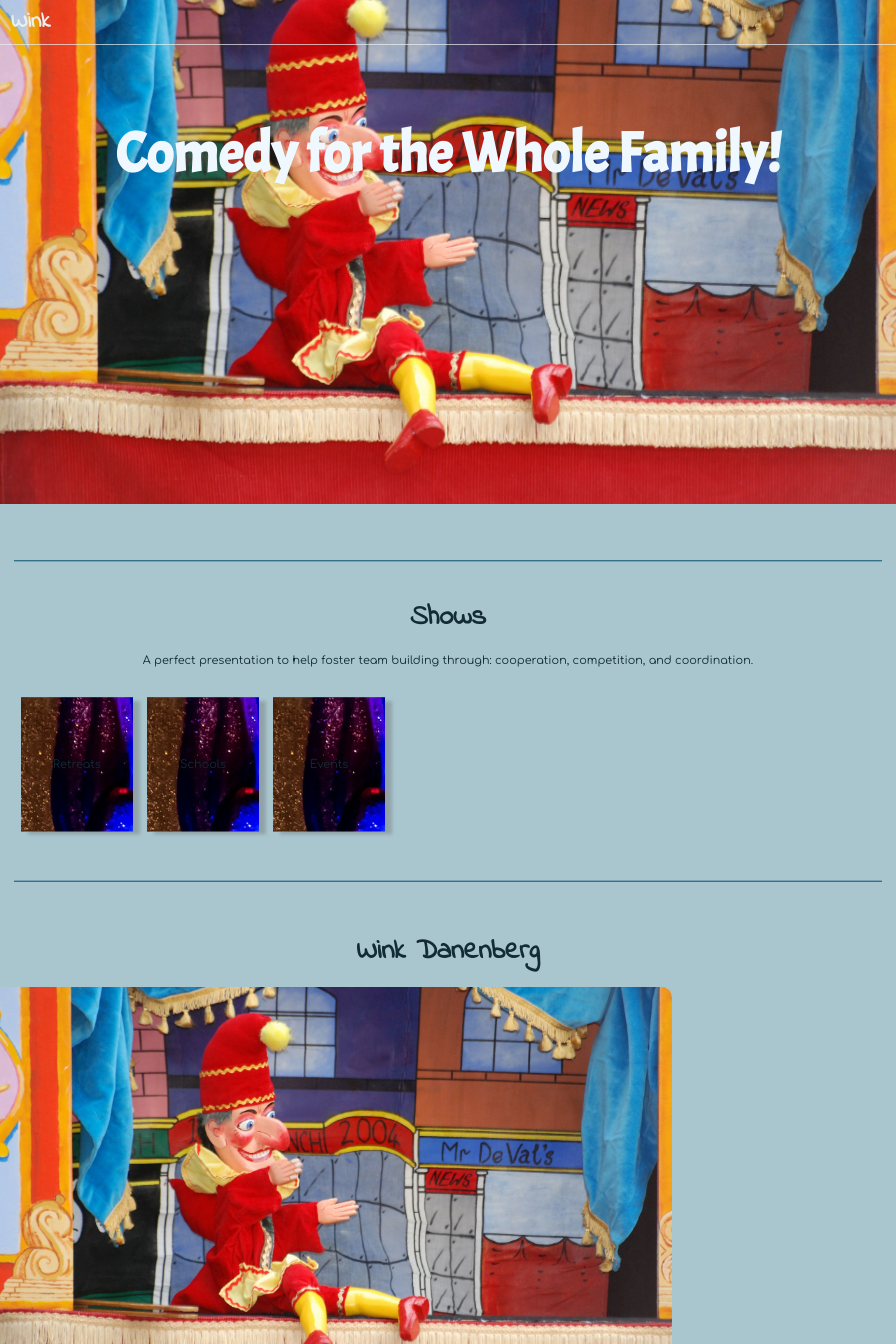
Repository: Sbethm/wink
Page: index.html
The author's editor kept a copy of each file at every save. The page is drawn from the files as they stood at one save, then again after a run of saves.
The browser window is 1280 px wide. The pictures show the part of the page from y = 0 to 1920 px (the page is 5473 px tall), at 70% of full size.
The style sheet was rebuilt from its Sass, Less or Tailwind sources for each picture, by a compiler version that may differ from the author's.

Above is the page before, as saved 2021-09-08 14:46:01.

### index.html
<!DOCTYPE html>
<html lang="en">
<head>
    <meta charset="UTF-8">
    <meta http-equiv="X-UA-Compatible" content="IE=edge">
    <meta name="viewport" content="width=device-width, initial-scale=1.0">
    <link rel="preconnect" href="https://fonts.googleapis.com">
    <link rel="preconnect" href="https://fonts.gstatic.com" crossorigin>
    <link href="https://fonts.googleapis.com/css2?family=Acme&family=Comfortaa:wght@400;500;600;700&family=Indie+Flower&display=swap" rel="stylesheet">
    <!--
        font-family: 'Acme', sans-serif;
        font-family: 'Comfortaa', cursive;
        font-family: 'Indie Flower', cursive;
    -->

    <link rel="stylesheet" href="./CSS/main.css">
    <title>Wink Danenberg: The Greatest Showman</title>
</head>
<body>
    <header id="headerBg">
        <h1 id="logo">Wink</h1>
        <div class="menu--btn">
            <ul class="menu">
                <li class="menu--item">Shows</li>
                <li class="menu--item">Wink</li>
                <li class="menu--item">Calender</li>
                <li class="menu--item">Contact</li>
            </ul>
        </div>
    </header>
    <main>
        <section class="main--slideshow">
            <!--images are set on automatic slide-->
                <img src="./img/img1.jpg" alt="" id="slide--img">
                <img src="./img/img2.jpg" alt="" id="slide--img">
                <img src="./img/img3.jpg" alt="" id="slide--img">
            <div class="slideshow--quote">Comedy for the Whole Family!</div>
            <div class="call-to-action">Let Wink Danenberg be a part of your school’s next athletic RETREAT!</div>
        </section>
        <!--SHOWS-
            Description of Wink's shows. What does he do? Who are the shows geared towards? etc.-->
        <section class="show">
            <div class="container container--show">
                <a href="./shows.html"><h2 class="heading--center">Shows</h2></a>
                <p class="info--short center">A perfect presentation to help foster team building through: cooperation, competition, and coordination.</p>
                <div class="show--slideshow">
                    <!--each div is set on a swipe slide-->
                    <a href=""><div class="show--retreats show--slide">
                        <p class="show--type">Retreats</p>
                    </div></a>
                    <a href=""><div class="show--schools show--slide">
                        <p class="show--type">Schools</p>
                    </div></a>
                    <a href=""><div class="show--events show--slide">
                        <p class="show--type">Events</p>
                    </div></a>
                </div>
            </div>
        </section>
         <!--WINK-
            Who is Wink? A little about Wink and his past experience as a showman -->
        <section class="wink">
            <div class="container container--wink">
                <h2 class="heading--center">Wink Danenberg</h2>
                <div class="img--container">
                    <img src="./img/img2.jpg" alt="" class="img--set--left js--scroll">
                </div>
                <p class="text--full--center">
                    …about Wink Danenberg
                    Standing at 6 foot 4… 240 pounds- Wink Danenberg is responsible for the laughter of audiences  across the country. His comedy juggling, unicycling, and audience participation have kept people  entertained and enthralled at countless events, including festivals, comedy clubs, schools, cruise
                    ships, and libraries. His high energy and raw antics are a perfect blend to captivate and amaze  both the audience and himself. Wink Danenberg, a true original, is the only juggler who: offers a  full money back guarantee, can drive a standard with one hand, and has never taken a selfie.
                </p>
            </div>
        </section>
         <!--REFERENCES-
            A section with a link to references for Wink's shows-->
        <section class="references cover">
            <!--CHANGE BTN TO DIV & CHECK CSS-->
            <div class="link--click ">References</div>
        </section>
         <!-- HIGHLIGHTS-
            A section that shows some of the highlights of his experience-->
        <section class="highlights">
            <div class="container container--highlights">
                <h2 class="heading--center">Highlights</h2>
                <div class="highlights--block">
                    <img src="./img/img2.jpg" alt="" class="img--set--right js--scroll">
                <p class="text--small--center">As Seen at Letter Man!</p>
                </div>
                <div class="highlights--block">
                    <img src="./img/img2.jpg" alt="" class="img--set--left js--scroll">
                    <p class="text--small--center">As Seen at Letter Man!</p>
                </div>
                <div class="highlights--block">
                        <img src="./img/img2.jpg" alt="" class="img--set--right js--scroll">
                    <p class="text--small--center">As Seen at Letter Man!</p>
                </div>
            </div>
        </section>
         <!--CONTACT-
            email and (maybe) phone information about how to contact Wink-->
        <section class="contact cover">
            <!--CHANGE BTN TO DIV & CHECK CSS-->
            <div class="link--click ">Contact</div>
        </section>
    </main>
    <footer></footer>
    <script src="./JS/main.js"></script>
</body>
</html>

### JS/main.js
/*
 TABLE OF CONTENTS
    1.
    2.
    3.
    4.
    5.
*/


//1. HEADER CAROUSEL
    //Header variables
    const slides = document.querySelectorAll('#slide--img');
    const headerBg = document.getElementById('headerBg');
    const logo = document.getElementById('logo');

    //Changing header on scroll
    window.onscroll = function() {
        if (window.scrollY > 130) {
            headerBg.style.background = 'rgb(234, 240, 241)';
            headerBg.style.borderBottom = 'solid 1px rgb(19, 43, 53)';
            logo.style.color = 'rgb(19, 43, 53)';
        } else {
            headerBg.style.background = 'none';
            headerBg.style.borderBottom = 'solid 1px rgb(234, 240, 241)';
            logo.style.color = 'rgb(234, 240, 241)';
        }
    }

    //Index main slideshow
    setInterval(nextImg, 4000);

    let currentImg = 0;
    slides[currentImg].style.opacity = 1;

    function nextImg() {
        slides[currentImg].style.opacity = 0;
        currentImg = (currentImg + 1) % slides.length;
        slides[currentImg].style.opacity = 1;
    }

//2. SCROLL ANIMATIONS
    //Scroll variables
    const scrollElements = document.querySelectorAll(".js--scroll");
    const fromLeftElements = document.querySelectorAll(".img--set--left");
    const fromRightElements = document.querySelectorAll(".img--set--right");

    //When element is on screen or off scree
    const elementInView = (el) => {
    const elementTop = el.getBoundingClientRect().top;

    return (
        elementTop <=
        (window.innerHeight || document.documentElement.clientHeight));
    };

    const elementOutofView = (el) => {
    const elementTop = el.getBoundingClientRect().top;

    return (
        elementTop > (window.innerHeight || document.documentElement.clientHeight)
    );
    };

    //Fade-In & Fade-out functions
    const displayScrollElement = (element) => {
    element.classList.add("scrolled");
    };
    const hideScrollElement = (element) => {
    element.classList.remove("scrolled");
    };

    //Shift left functions
    const shiftOnScreenLeft = (el) => {
        el.classList.add('shifted--from--left');
    }
    const shiftOffScreenLeft = (el) => {
        el.classList.remove('shifted--from--left');
    }

    //Shift right functions into view
    const shiftOnScreenRight = (el) => {
        el.classList.add('shifted--from--right');
    }
    const shiftOffScreenRight = (el) => {
        el.classList.remove('shifted--from--right');
    }


const handleOpacityAnimation = () => {
  scrollElements.forEach((el) => {
    if (elementInView(el)) {
        displayScrollElement(el);
    } else if (elementOutofView(el)) {
        hideScrollElement(el)
    }
  })
}

const handleShiftAnimationLeft = () => {
    fromLeftElements.forEach((el) => {
    if (elementInView(el)) {
        shiftOnScreenLeft(el)
    } else if (elementOutofView(el)) {
        shiftOffScreenLeft(el)
    }
  })
}

const handleShiftAnimationRight = () => {
    fromRightElements.forEach((el) => {
    if (elementInView(el)) {
        shiftOnScreenRight(el)
    } else if (elementOutofView(el)) {
        shiftOffScreenRight(el)
    }
  })
}

window.addEventListener("scroll", () => {
    handleOpacityAnimation();
    handleShiftAnimationLeft();
    handleShiftAnimationRight();
})

// const fadeEl = document.querySelectorAll('.js--scroll');

// fadeEl.forEach((el) => {
//     el.style.opacity = '0';
// });

// const elInView = (el) => {
//     const elementTop = el.getBoundingClientRect().top;
//     return (elementTop <= window.innerHeight || document.documentElement.clientHeight);
// }

// const displayElement = (el) => {
//     el.classList.add('scrolled');
// }

// const scrollAnimation = () => {
//     fadeEl.forEach((el) => {
//         if(elInView(el, 100)){
//             displayElement(el);
//         }
//     })
// }

// window.addEventListener("scroll", () => {
//     scrollAnimation();
//   });

//SLIDE-IN

### SCSS/main.scss
@import "./resets", "./variables";


//GENERAL STYLING
body{
    width: 100vw;
    background-color: $bgColor1;
    overflow-x: hidden;
}

main {
    overflow-x: hidden;
}

section {
    width: 100vw;
    height: fit-content;
    background-color: $bgColor1;
    color: $accentColor1;
    font-family: $mainFont;
    font-size: 1rem;
}

.container {
    margin: 60px 20px;
    padding: 60px 0;
    width: calc(100vw - 40px);
    background-color: $bgColor1;
    border-top: solid 2px $accentColor2;
    border-bottom: solid 2px $accentColor2;
}

a {
    color: $accentColor1;
}

.link--click {
    width: 10rem;
    height: 4rem;
    font-family: $accentFont;
    font-size: 1.5rem;
    color: $accentColor1;
    text-align: center;
    line-height: 4rem;
    background-color: $bgColor2;
}

a {
    text-decoration: none;
}

p {
    font-family: $mainFont;
    font-size: 1rem;
    line-height: 1.5rem;
}

.heading--center {
    padding-bottom: 30px;
    width: 100%;
    font-family: $accentFont;
    font-size: 2.5rem;
    text-align: center;
}

.center {
    padding-bottom: 30px;
    width: 100%;
    text-align: center;
}

//HEADER AND MAIN SLIDESHOW
header {
    position: fixed;
    top: 0;
    height: 4rem;
    width: 100vw;
    padding: 1rem;
    z-index: 9;
    overflow: hidden;
    background: aliceblue;
    border-bottom: solid 1px rgb(13, 81, 139);
    transition: all 0.50s ease-in;
    box-sizing: border-box;

    & h1 {
        font-family: $accentFont;
        font-size: 2rem;
        color: rgb(13, 81, 139);
        transition: all 0.50s ease-in;
    }
}

.menu--item{
    display: none;
}

.main--slideshow {
    height: 100vh;
    width: 100vw;
    background-color: #000;
}

#slide--img {
    position: absolute;
    top: 0;
    left: 0;
    width: 100%;
    height: 100%;
    object-fit: cover;
    overflow: hidden;
    opacity: 0;
    transition: all 0.75s ease-in;
    z-index: 0;
}

.slideshow--quote {
    position: absolute;
    top: calc(100vh - 75vh);
    width: 100vw;
    font-size: 5rem;
    font-family: $headerFont;
    font-weight: 800;
    color: aliceblue;
    text-align: center;
}

//SHOWS
.show{
    padding-top: 20px;
}

.show--slideshow {
    display: flex;
    flex-direction: row;
    overflow: scroll;

    & .show--slide {
        margin: 10px;
        width: 10rem;
        height: 12rem;
        display: grid;
        background-image: url(../img/img1.jpg);
        box-shadow: 10px 5px 5px rgba(100, 100, 100, 0.377);
        grid-template-columns: 100%;
        justify-items: center;
        align-items: center;

        & .event--type {
            padding: 5px;
            width: 75%;
            background-color: $bgColor2;
            font-family: $accentFont;
            color: $accentColor1;
            text-align: center;
        }
    }
}

//ABOUT WINK
.container--wink {
    margin: 0 20px;
    padding: 20px 0;
    border: hidden;
}

.img--set--left {
    width: 75vw;
    position: relative;
    left: -350px;
    z-index: 1;
    border-radius: 0 15px 15px 0;
    transition: all 3000ms;

    &.shifted--from--left {
    left: -20px;
    }
}

.text--full--center {
    position: relative;
    padding: 10px;
    top: -60px;
    z-index: 2;
    background-color: $bgColor2;
}

//REFERENCES and CONTACT
.cover {
    width: 100vw;
    height: 50vh;
    display: flex;
    justify-content: center;
    align-items: center;
    background-image: url(../img/img1.jpg);
}

//HIGHLIGHTS
.container--highlights{
    margin-left: 0;
    margin-right: 0;
    width: auto;
    border-top: hidden;
    border-bottom: hidden;
}

.highlights--block {
    display: grid;
    grid-template-columns: 100vw;
    grid-template-rows: 25% 75%;
    width: 100vw;
    overflow-x: hidden;

    & .img--set--right {
        grid-area: 1/1/2/3;
        justify-self: flex-end;
        width: 75vw;
        z-index: 1;
        border-radius: 15px 0 0 15px;
        padding-left: 100vw;
        transition: all 3000ms;
    }

    & .shifted--from--right{
        padding-left: 0px;
    }

    & .img--set--left {
        grid-area: 1/1/2/3;
        justify-self: flex-start;
        width: 75vw;
        z-index: 1;
        border-radius: 0 15px 15px 0;
        transition: all 3000ms;
    }

    & .text--small--center {
        align-self: center;
        justify-self: center;
        width: 75%;
        height: 5rem;
        padding: 10px;
        z-index: 2;
        background-color: $bgColor2;
        text-align: center;
        line-height: 5rem;
    }
}





//CONTACT *see references

//JAVASCRIPT ELEMENTS
.js--scroll {
    opacity: 0;
    transition: all 3000ms;
}

.js--scroll.scrolled{
    opacity: 1;
}

### SCSS/_variables.scss
//FONTS
$headerFont: 'Acme', sans-serif;
$accentFont: 'Indie Flower', cursive;
$mainFont: 'Comfortaa', cursive;

//COLORS
// $bgColor1: rgb(207, 184, 169);
// $bgColor2: rgb(241, 237, 234);
// $accentColor1: rgb(53, 33, 19);
// $accentColor2: rgb(83, 50, 27);
$bgColor1: rgb(169, 198, 207);
$bgColor2: rgb(234, 240, 241);
$accentColor1: rgb(19, 43, 53);
$accentColor2: rgb(51, 114, 141);

Loaded but not shown: SCSS/_resets.scss (common file)

After the next 3 saves:
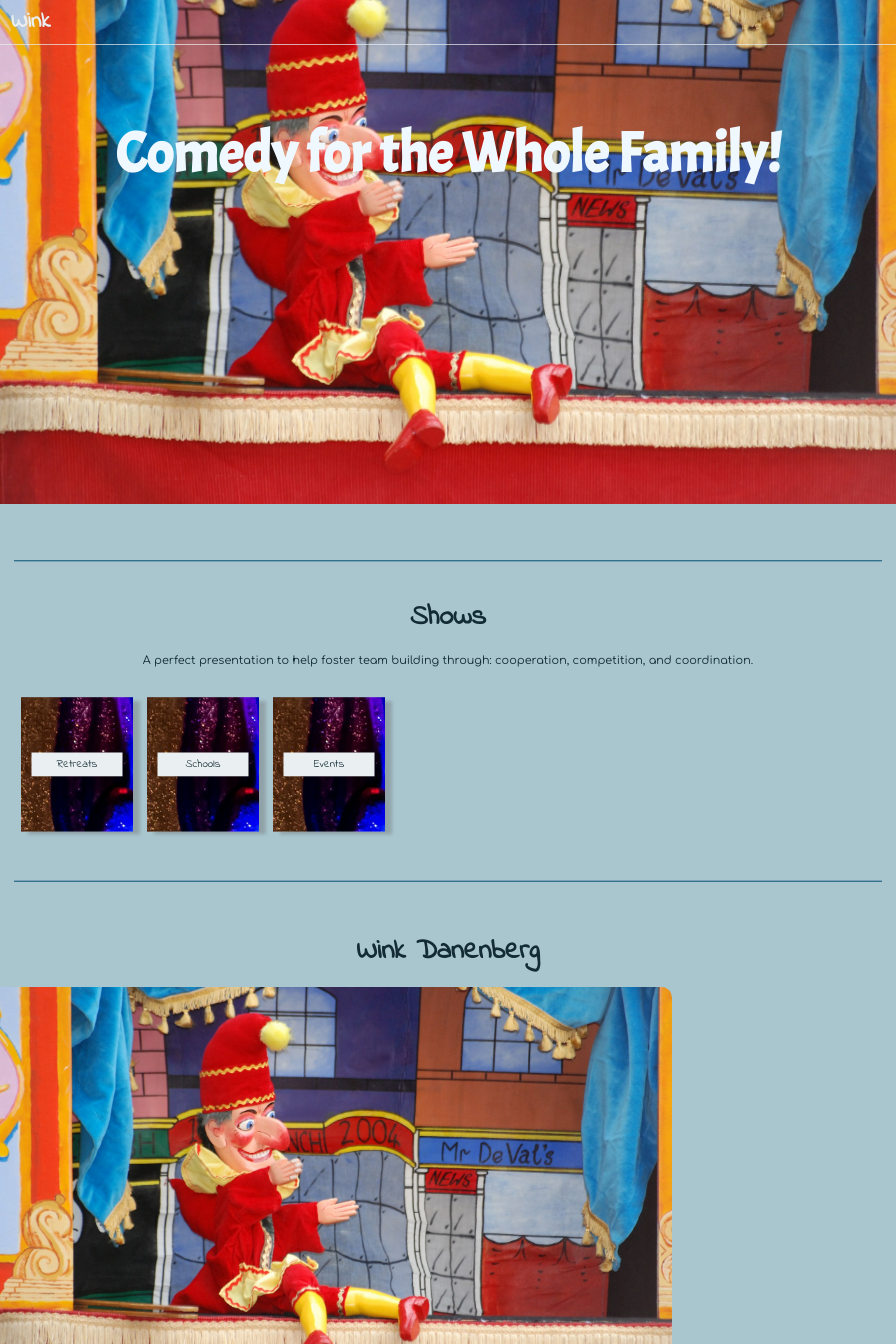
The 3 saves are shown as one change because they came seconds apart.
The last was saved 9 s later.
--- a/SCSS/main.scss
+++ b/SCSS/main.scss
@@ -146,7 +146,7 @@ header {
         justify-items: center;
         align-items: center;
 
-        & .event--type {
+        & .show--type {
             padding: 5px;
             width: 75%;
             background-color: $bgColor2;
